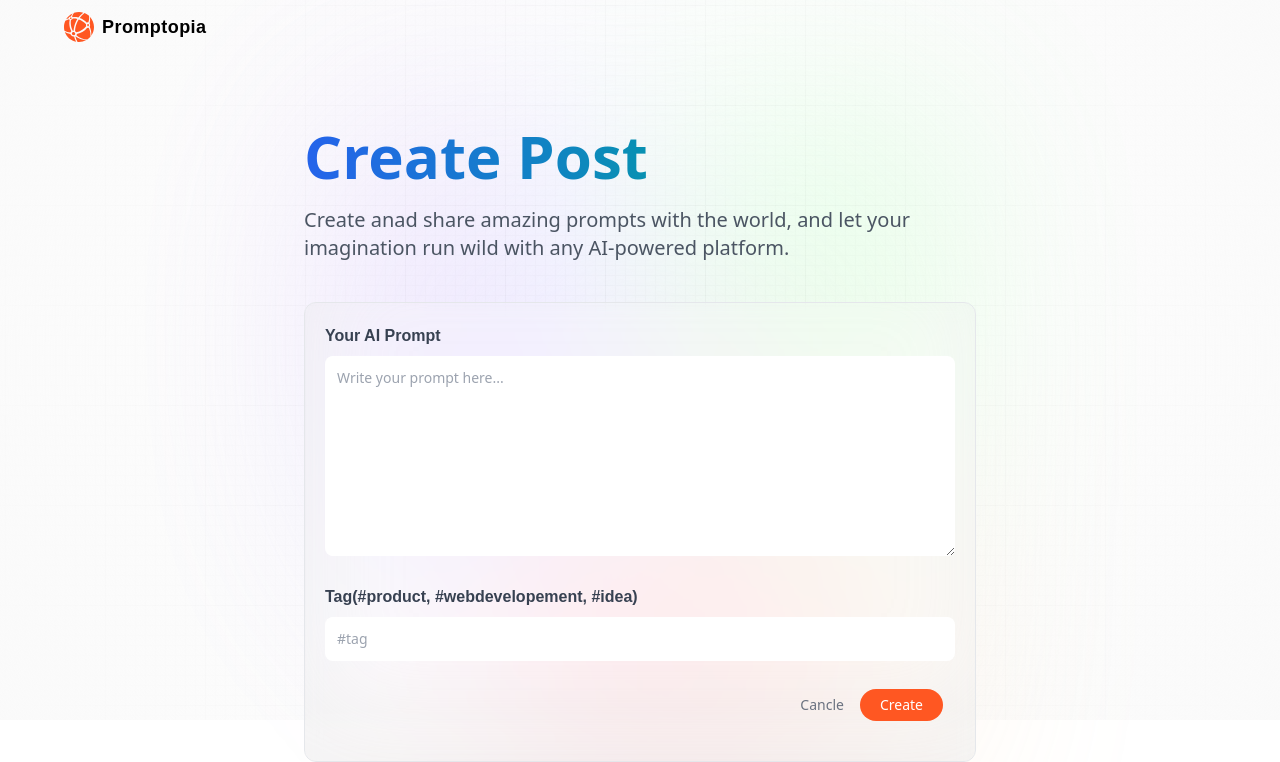
Repository: shraddesh123/promptAI
Page: /create-prompt
These files come from the project's save history. The page is drawn as it stood at one moment and after the next save; the edit follows.
The browser window is 1280 px wide. The pictures show the whole page.
The page's requests for data from a server got no answer. The project was rebuilt for these pictures with package versions that can differ from the ones it lists, and the page was loaded fresh each time. The framework's server and built-in components were replaced by stand-ins that run in the browser. No one was signed in, and anything a server would have sent is missing. Also part of the build but not shown: next.config.mjs.

Above is the page before, as saved 2024-08-07 15:14:58.

### app/layout.jsx

import "@styles/global.css";
import Nav from "@components/Nav";
import Provider from "@components/Provider";


export const metadata = {
    title: "Promptopia",
    description: "Discover & Share AI Prompts",
};
//we did not returning anything like other components
const RootLayout = ({ children }) => (
    <html lang='en'>
        <body>
            <Provider>
                <div className='main'>
                    <div className='gradient' />
                </div>
                <main className='app'>
                    <Nav />
                    {children}
                </main>
            </Provider>
        </body>
    </html>
);

export default RootLayout;

### app/create-prompt/page.jsx
"use client";
import { useState } from "react"
import { useSession } from "next-auth/react";
import { useRouter } from "next/navigation";

import Form from "@components/Form";


const CreatePrompt = () => {
    const router = useRouter();
    const {data:session} = useSession();
    const [Submitting, setSubmitting] = useState(false);
    const [Post, setPost] = useState({
        prompt: '',
        tag: '',
    });
    const createPrompt = async (e) => {
        e.preventDefault();
        setSubmitting(true);
        try {
            const res = await fetch('/api/prompt/new',
                {
                    method: 'POST',
                    body: JSON.stringify({
                        prompt: Post.prompt,
                        userId: session?.user.id,
                        tag: Post.tag
                    })
                })
            if (res.ok) {
                router.push('/');
            }
        } catch (error) {
            console.error(error);
        }
    }
    return (
        <div>
            <Form
                type="Create"
                post={Post}
                setPost={setPost}
                Submitting={Submitting}
                handleSubmit={createPrompt}
            />
        </div>
    )
}

export default CreatePrompt

### styles/global.css
@import url("https://fonts.googleapis.com/css2?family=Inter:wght@100;200;300;400;500;600;700;800;900&display=swap");

@tailwind base;
@tailwind components;
@tailwind utilities;

/*
  Note: The styles for this gradient grid background is heavily inspired by the creator of this amazing site (https://dub.sh) – all credits go to them!
*/

.main {
  width: 100vw;
  min-height: 100vh;
  position: fixed;
  display: flex;
  justify-content: center;
  padding: 120px 24px 160px 24px;
  pointer-events: none;
}

.main:before {
  background: radial-gradient(circle, rgba(2, 0, 36, 0) 0, #fafafa 100%);
  position: absolute;
  content: "";
  z-index: 2;
  width: 100%;
  height: 100%;
  top: 0;
}

.main:after {
  content: "";
  background-image: url("/assets/images/grid.svg");
  z-index: 1;
  position: absolute;
  width: 100%;
  height: 100%;
  top: 0;
  opacity: 0.4;
  filter: invert(1);
}

.gradient {
  height: fit-content;
  z-index: 3;
  width: 100%;
  max-width: 640px;
  background-image: radial-gradient(
      at 27% 37%,
      hsla(215, 98%, 61%, 1) 0px,
      transparent 0%
    ),
    radial-gradient(at 97% 21%, hsla(125, 98%, 72%, 1) 0px, transparent 50%),
    radial-gradient(at 52% 99%, hsla(354, 98%, 61%, 1) 0px, transparent 50%),
    radial-gradient(at 10% 29%, hsla(256, 96%, 67%, 1) 0px, transparent 50%),
    radial-gradient(at 97% 96%, hsla(38, 60%, 74%, 1) 0px, transparent 50%),
    radial-gradient(at 33% 50%, hsla(222, 67%, 73%, 1) 0px, transparent 50%),
    radial-gradient(at 79% 53%, hsla(343, 68%, 79%, 1) 0px, transparent 50%);
  position: absolute;
  content: "";
  width: 100%;
  height: 100%;
  filter: blur(100px) saturate(150%);
  top: 80px;
  opacity: 0.15;
}

@media screen and (max-width: 640px) {
  .main {
    padding: 0;
  }
}

/* Tailwind Styles */

.app {
  @apply relative z-10 flex justify-center items-center flex-col max-w-7xl mx-auto sm:px-16 px-6;
}

.black_btn {
  @apply rounded-full border border-black bg-red-500 py-1.5 px-5 text-white transition-all hover:bg-white hover:text-black text-center text-sm font-inter flex items-center justify-center;
}

.outline_btn {
  @apply rounded-full border border-black bg-transparent py-1.5 px-5 text-black transition-all hover:bg-black hover:text-white text-center text-sm font-inter flex items-center justify-center;
}

.head_text {
  @apply mt-5 text-5xl font-extrabold leading-[1.15] text-black sm:text-6xl;
}

.orange_gradient {
  @apply bg-gradient-to-r from-amber-500 via-orange-600 to-yellow-500 bg-clip-text text-transparent;
}

.green_gradient {
  @apply bg-gradient-to-r from-green-400 to-green-500 bg-clip-text text-transparent;
}

.blue_gradient {
  @apply bg-gradient-to-r from-blue-600 to-cyan-600 bg-clip-text text-transparent;
}

.desc {
  @apply mt-5 text-lg text-gray-600 sm:text-xl max-w-2xl;
}

.search_input {
  @apply block w-full rounded-md border border-gray-200 bg-white py-2.5 font-satoshi pl-5 pr-12 text-sm shadow-lg font-medium focus:border-black focus:outline-none focus:ring-0;
}

.copy_btn {
  @apply w-7 h-7 rounded-full bg-white/10 shadow-[inset_10px_-50px_94px_0_rgb(199,199,199,0.2)] backdrop-blur flex justify-center items-center cursor-pointer;
}

.glassmorphism {
  @apply rounded-xl border border-gray-200 bg-white/20 shadow-[inset_10px_-50px_94px_0_rgb(199,199,199,0.2)] backdrop-blur p-5;
}

.prompt_layout {
  @apply space-y-6 py-8 sm:columns-2 sm:gap-6 xl:columns-3;
}

/* Feed Component */
.feed {
  @apply mt-16 mx-auto w-full max-w-xl flex justify-center items-center flex-col gap-2;
}

/* Form Component */
.form_textarea {
  @apply w-full flex rounded-lg h-[200px] mt-2 p-3 text-sm text-gray-500 outline-0;
}

.form_input {
  @apply w-full flex rounded-lg mt-2 p-3 text-sm text-gray-500 outline-0;
}

/* Nav Component */
.logo_text {
  @apply max-sm:hidden font-satoshi font-semibold text-lg text-black tracking-wide;
}

.dropdown {
  @apply absolute right-0 top-full mt-3 w-full p-5 rounded-lg bg-white min-w-[210px] flex flex-col gap-2 justify-end items-end;
}

.dropdown_link {
  @apply text-sm font-inter text-gray-700 hover:text-gray-500 font-medium;
}

/* PromptCard Component */
.prompt_card {
  @apply flex-1 break-inside-avoid rounded-lg border border-gray-300 bg-white/20 bg-clip-padding p-6 pb-4 backdrop-blur-lg backdrop-filter md:w-[360px] w-full h-fit;
}

.flex-center {
  @apply flex justify-center items-center;
}

.flex-start {
  @apply flex justify-start items-start;
}

.flex-end {
  @apply flex justify-end items-center;
}

.flex-between {
  @apply flex justify-between items-center;
}

### components/Nav.jsx
"use client";
import Link from "next/link"
import Image from "next/image"
import { useState, useEffect } from "react"
import { signIn, signOut, useSession, getProviders } from 'next-auth/react'


const Nav = () => {

    const { data: session } = useSession();
    const [providers, setProviders] = useState(null);
    const [toggleDropdown, setToggleDropdown] = useState(false);

    useEffect(() => {//functional component to fetch the available authentication providers from the next-auth library
        const setUpProviders = async () => {
            const res = await getProviders();//the getProviders function is called and the result is stored in the res variable.
            setProviders(res);
            // The setProviders function is then called with the res variable to update the providers state variable.
        }
        setUpProviders();
    }, []);


    return (
        <nav className="flex-between w-full mb-16 pt-3">
            <Link
                href="/"
                className="flex gap-2 flex-center">

                <Image
                    src="/assets/images/logo.svg"
                    width={30}
                    height={30}
                    className="object-contain"
                    alt="logo"
                />

                <p className="logo_text">Promptopia</p>

            </Link>
            {/*desktop navigation*/}
            <div className="sm:flex hidden">
                {session?.user ? (
                    <div className="flex gap-3 md:gap-5">
                        <Link
                            href="/create-prompt"
                            className="black_btn"
                        >
                            Create Post
                        </Link>
                        <button
                            type="button"
                            onClick={signOut}
                            className="outline_btn">
                            Sign Out
                        </button>
                        <Link href="/profile">
                            <Image
                                src={session?.user.image}
                                width={37}
                                height={37}
                                className="rounded-full"
                                alt="profile"
                            />
                        </Link>
                    </div>
                ) : (
                    <>
                        {providers &&
                            Object.values(providers).map((provider) => (
                                <button
                                    type='button'
                                    key={provider.name}
                                    onClick={() => {
                                        signIn(provider.id);
                                    }}
                                    className='black_btn'
                                >
                                    Sign In
                                </button>
                            ))}
                    </>
                )}
            </div>
            {/*mobile navigation*/}
            <div className="sm:hidden flex relative">
                {session?.user ? (
                    <div className="flex">
                        <Image
                            src={session?.user.image}
                            width={30}
                            height={30}
                            className="object-contain cursor-pointer"
                            alt="profile"
                            onClick={() => setToggleDropdown(!toggleDropdown)}//prev is a reference to the previous value of the toggleDropdown state variable.!prev expression is used to toggle the value of prev. If prev is true, !prev will be false, and vice versa.
                        />
                        {toggleDropdown && (
                            <div className="dropdown">
                                <Link
                                    href='/profile'
                                    className='dropdown_link'
                                    onClick={() => setToggleDropdown(false)}
                                >
                                    My Profile
                                </Link>
                                <Link
                                    href='/create-prompt'
                                    className='dropdown_link'
                                    onClick={() => setToggleDropdown(false)}
                                >
                                    Create Post
                                </Link>
                                <button
                                    type="button"
                                    onClick={() => {
                                        setToggleDropdown(false);
                                        signOut();
                                    }}
                                    className="mt-5 w-full black_btn"
                                >
                                    Sign Out
                                </button>
                            </div>
                        )}
                    </div>
                )
                    :
                    (
                        <>
                            {providers &&
                                Object.values(providers).map((provider) => (
                                    <button
                                        type='button'
                                        key={provider.name}
                                        onClick={() => {
                                            signIn(provider.id);
                                        }}
                                        className='black_btn'
                                    >
                                        Sign in
                                    </button>
                                ))}
                        </>
                    )}
            </div>
        </nav>
    )
}

export default Nav

### components/Provider.jsx
"use client";
import { SessionProvider } from 'next-auth/react'

const Provider = ({ children, session }) => {

  return (
    <SessionProvider session={session}>
      {children}
    </SessionProvider>
  )
}

export default Provider

### components/Form.jsx
import Link from "next/link"

const Form = ({ type, post, setPost, Submitting, handleSubmit }) => {
  return (
    <section className="w-full max-w-full flex-start flex-col">
      <h1 className="head_text text-left "> <span className="blue_gradient">{type} Post</span></h1>
      <p className="desc text-left max-w-md">
        {type} anad share amazing prompts with the world, and let your imagination run wild with any AI-powered platform.
      </p>
      <form
        onSubmit={handleSubmit}
        className="mt-10 w-full max-w-2xl flex flex-col gap-7 glassmorphism">
        <label>
          <span className="font-satoshi font-semibold text-base text-gray-700">Your AI Prompt</span>
          <textarea value={post.prompt} onChange={(e) => setPost({
            ...post,
            prompt: e.target.value
          })}
            placeholder="Write your prompt here..."
            className="form_textarea" />
        </label>
        <label>
          <span className="font-satoshi font-semibold text-base text-gray-700">Tag
            <span>(#product, #webdevelopement, #idea)</span>
          </span>
          <input value={post.tag} onChange={(e) => setPost({
            ...post,
            tag: e.target.value
          })}
            placeholder="#tag"
            required
            className="form_input" >
          </input>
        </label>
        <div className="flex-end mx-3 mb-5 gap-4">
          <Link href="/" className="text-gray-500 text-sm">
            Cancle
          </Link>
          <button
            type="submit"
            disabled={Submitting}
            className="px-5 py-1.5 text-sm bg-primary-orange rounded-full text-white">
            {Submitting ? `${type}...` :type}
          </button>
        </div>
      </form>
    </section>
  )
}

export default Form

Loaded but not shown: tailwind.config.js (common file)

After the next save:
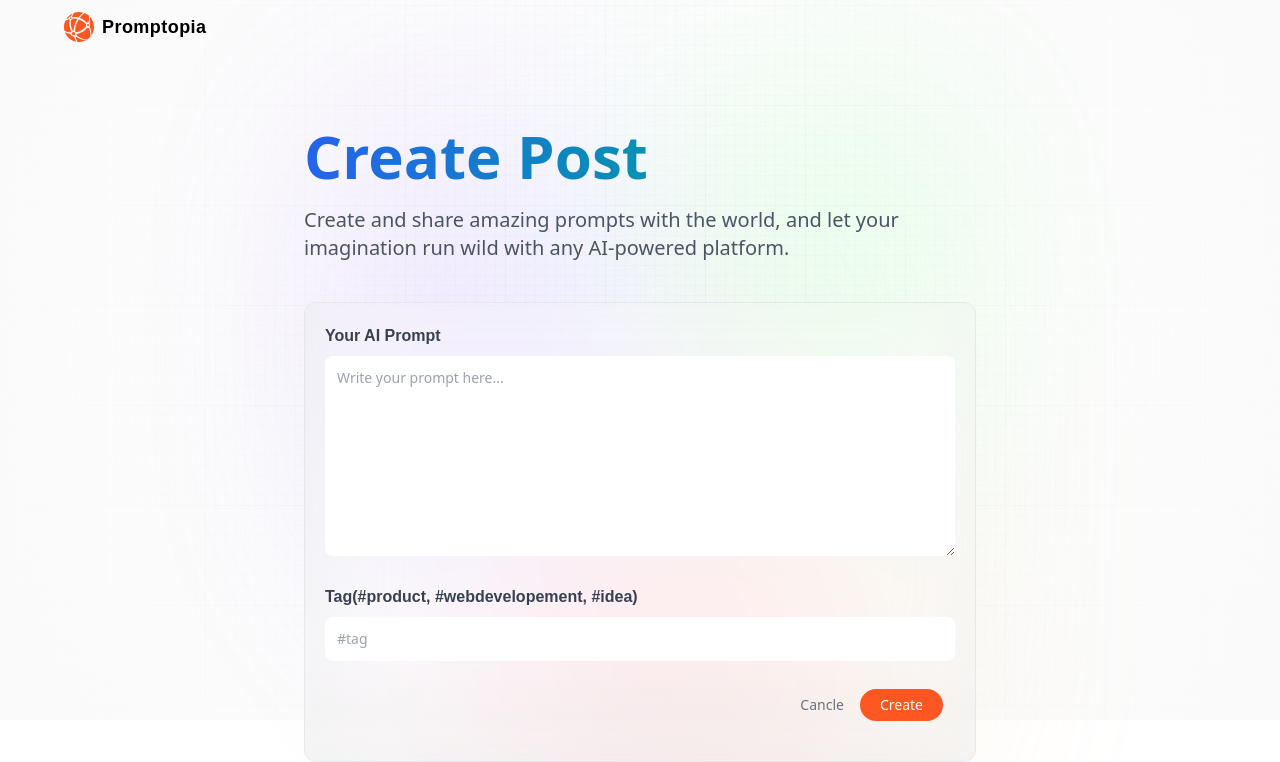
Saved 16 s later.
--- a/components/Form.jsx
+++ b/components/Form.jsx
@@ -5,7 +5,7 @@ const Form = ({ type, post, setPost, Submitting, handleSubmit }) => {
     <section className="w-full max-w-full flex-start flex-col">
       <h1 className="head_text text-left "> <span className="blue_gradient">{type} Post</span></h1>
       <p className="desc text-left max-w-md">
-        {type} anad share amazing prompts with the world, and let your imagination run wild with any AI-powered platform.
+        {type} and share amazing prompts with the world, and let your imagination run wild with any AI-powered platform.
       </p>
       <form
         onSubmit={handleSubmit}
